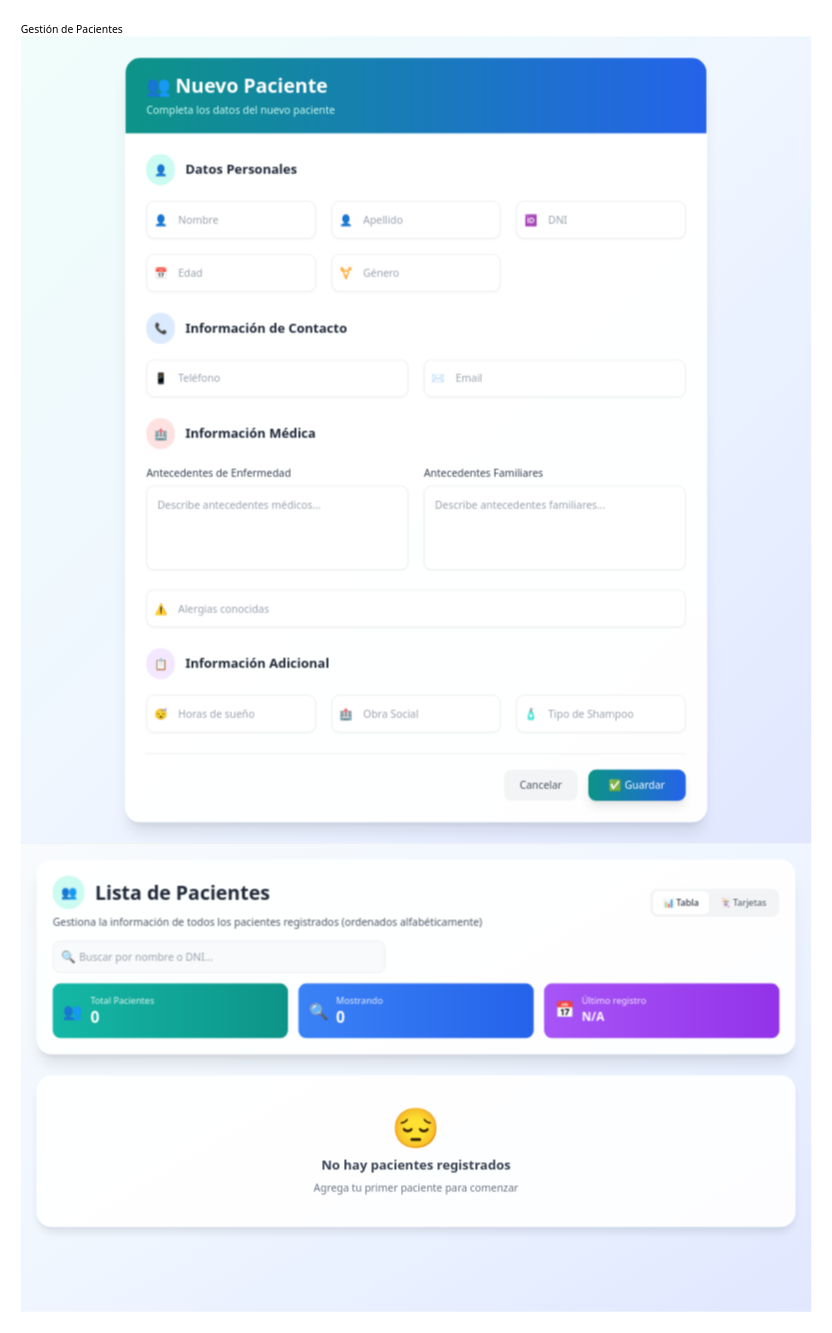
Repository: manucavallera/ConsultorioA
Page: /pacientes (app in frontend/)
The author's editor kept a copy of each file at every save. The page is drawn from the files as they stood at one save, then again after the next save.
The browser window is 1280 px wide. The pictures show the whole page, at 65% of full size.
The page's requests for data from a server got no answer. The project was rebuilt for these pictures with package versions that can differ from the ones it lists, and the page was loaded fresh each time. No one was signed in, and anything a server would have sent is missing. Also part of the build but not shown: frontend/vite.config.js, frontend/src/Home.jsx, frontend/src/components/PatientHistoryForm.jsx, frontend/src/components/RegistroTratamiento.jsx, frontend/src/components/Citas.jsx, frontend/src/components/SolicitudAnalisis.jsx, frontend/src/components/SubirEstudiosAnalisis.jsx, frontend/src/components/FotoAntesDespues.jsx.

Above is the page before, as saved 2025-08-07 09:22:52.

### frontend/src/components/PacientForm.jsx
import { useState, useEffect, useCallback } from "react"; // ← AGREGAR useCallback

import InputField from "./InputField";

export default function PacienteForm({ onPacienteSubmit, pacienteEditando }) {
  const [formData, setFormData] = useState({
    nombre: "",
    apellido: "",
    dni: "",
    telefono: "",
    email: "",
    genero: "",
    edad: "",
    antecedentesEnfermedad: "",
    antecedentesFamiliares: "",
    alergias: "",
    horasSueno: "",
    obraSocial: "",
    tipoShampoo: "",
  });

  const [isSubmitting, setIsSubmitting] = useState(false);
  const [currentStep, setCurrentStep] = useState(1);

  const API_URL = import.meta.env.VITE_API_URL || "http://localhost:5000";

  useEffect(() => {
    if (pacienteEditando) {
      setFormData({
        nombre: pacienteEditando.nombre || "",
        apellido: pacienteEditando.apellido || "",
        dni: pacienteEditando.dni || "",
        telefono: pacienteEditando.telefono || "",
        email: pacienteEditando.email || "",
        genero: pacienteEditando.genero || "",
        edad: pacienteEditando.edad || "",
        antecedentesEnfermedad: pacienteEditando.antecedentesEnfermedad || "",
        antecedentesFamiliares: pacienteEditando.antecedentesFamiliares || "",
        alergias: pacienteEditando.alergias || "",
        horasSueno: pacienteEditando.horasSueno || "",
        obraSocial: pacienteEditando.obraSocial || "",
        tipoShampoo: pacienteEditando.tipoShampoo || "",
      });
    }
  }, [pacienteEditando]);

  // ✅ FIX DEFINITIVO: Memoizar handleChange
  const handleChange = useCallback((e) => {
    const { name, value } = e.target;
    setFormData((prev) => ({ ...prev, [name]: value }));
  }, []); // ← Sin dependencias porque usa función updater

  const handleSubmit = async (e) => {
    e.preventDefault();
    setIsSubmitting(true);

    try {
      const url = pacienteEditando
        ? `${API_URL}/pacientes/${pacienteEditando._id}`
        : `${API_URL}/pacientes`;

      const method = pacienteEditando ? "PUT" : "POST";

      const res = await fetch(url, {
        method,
        headers: { "Content-Type": "application/json" },
        body: JSON.stringify(formData),
      });

      const data = await res.json();
      onPacienteSubmit(data, pacienteEditando ? "editado" : "creado");

      if (!pacienteEditando) {
        setFormData({
          nombre: "",
          apellido: "",
          dni: "",
          telefono: "",
          email: "",
          genero: "",
          edad: "",
          antecedentesEnfermedad: "",
          antecedentesFamiliares: "",
          alergias: "",
          horasSueno: "",
          obraSocial: "",
          tipoShampoo: "",
        });
      }
    } catch (err) {
      console.error("Error al guardar paciente:", err);
    } finally {
      setIsSubmitting(false);
    }
  };

  const TextAreaField = ({ name, placeholder, label, rows = 3 }) => (
    <div>
      <label className='block text-sm sm:text-base font-medium text-gray-700 mb-2'>
        {label}
      </label>
      <textarea
        name={name}
        placeholder={placeholder}
        value={formData[name] || ""}
        onChange={handleChange}
        rows={rows}
        className='w-full px-3 sm:px-4 py-3 sm:py-4 border border-gray-200 rounded-xl
          focus:ring-2 focus:ring-teal-500 focus:border-transparent transition-all duration-200
          bg-white hover:border-gray-300 placeholder-gray-400 text-gray-700
          shadow-sm hover:shadow-md resize-none text-sm sm:text-base'
      />
    </div>
  );

  const SectionHeader = ({ icon, title, bgColor, textColor }) => (
    <h3 className='text-lg sm:text-xl font-semibold text-gray-800 mb-4 sm:mb-6 flex items-center'>
      <span
        className={`${bgColor} ${textColor} rounded-full p-2 sm:p-3 mr-3 sm:mr-4 text-sm sm:text-base`}
      >
        {icon}
      </span>
      {title}
    </h3>
  );

  // Stepper para móvil
  const StepIndicator = () => (
    <div className='flex justify-center mb-6 sm:mb-8 md:hidden'>
      <div className='flex space-x-2'>
        {[1, 2, 3, 4].map((step) => (
          <div
            key={step}
            className={`w-8 h-8 rounded-full flex items-center justify-center text-xs font-bold transition-all ${
              step === currentStep
                ? "bg-teal-600 text-white"
                : step < currentStep
                ? "bg-green-500 text-white"
                : "bg-gray-200 text-gray-600"
            }`}
          >
            {step < currentStep ? "✓" : step}
          </div>
        ))}
      </div>
    </div>
  );

  // Navegación del stepper
  const StepNavigation = () => (
    <div className='flex justify-between mt-6 md:hidden'>
      <button
        type='button'
        onClick={() => setCurrentStep(Math.max(1, currentStep - 1))}
        disabled={currentStep === 1}
        className='px-4 py-2 text-gray-600 bg-gray-100 rounded-lg hover:bg-gray-200
          disabled:opacity-50 disabled:cursor-not-allowed transition-all text-sm'
      >
        ← Anterior
      </button>

      {currentStep < 4 ? (
        <button
          type='button'
          onClick={() => setCurrentStep(Math.min(4, currentStep + 1))}
          className='px-4 py-2 bg-teal-600 text-white rounded-lg hover:bg-teal-700 transition-all text-sm'
        >
          Siguiente →
        </button>
      ) : (
        <button
          type='submit'
          disabled={isSubmitting}
          className='px-6 py-2 bg-gradient-to-r from-teal-600 to-blue-600 text-white
            rounded-lg hover:from-teal-700 hover:to-blue-700 transition-all
            disabled:opacity-50 disabled:cursor-not-allowed text-sm font-medium'
        >
          {isSubmitting
            ? "⏳ Guardando..."
            : pacienteEditando
            ? "💾 Actualizar"
            : "✅ Guardar"}
        </button>
      )}
    </div>
  );

  return (
    <div className='min-h-screen bg-gradient-to-br from-teal-50 via-blue-50 to-indigo-100 py-4 sm:py-8 px-4'>
      <div className='max-w-4xl mx-auto'>
        <div className='bg-white/95 backdrop-blur-sm rounded-2xl sm:rounded-3xl shadow-xl overflow-hidden border border-white/20'>
          {/* Header */}
          <div className='bg-gradient-to-r from-teal-600 to-blue-600 px-4 sm:px-8 py-4 sm:py-6'>
            <h2 className='text-2xl sm:text-3xl font-bold text-white'>
              {pacienteEditando ? "✏️ Editar Paciente" : "👥 Nuevo Paciente"}
            </h2>
            <p className='text-teal-100 mt-1 sm:mt-2 text-sm sm:text-base'>
              {pacienteEditando
                ? "Actualiza la información del paciente"
                : "Completa los datos del nuevo paciente"}
            </p>
          </div>

          {/* Progress indicator */}
          <StepIndicator />

          {/* Form */}
          <form onSubmit={handleSubmit} className='p-4 sm:p-8'>
            {/* Step 1: Datos Personales - Siempre visible en desktop, condicional en móvil */}
            <div
              className={`${currentStep !== 1 ? "hidden md:block" : ""} mb-8`}
            >
              <SectionHeader
                icon='👤'
                title='Datos Personales'
                bgColor='bg-teal-100'
                textColor='text-teal-600'
              />

              <div className='grid grid-cols-1 sm:grid-cols-2 lg:grid-cols-3 gap-4 sm:gap-6'>
                <InputField
                  name='nombre'
                  placeholder='Nombre'
                  required
                  icon='👤'
                  className='sm:col-span-1'
                  value={formData.nombre}
                  onChange={handleChange}
                />
                <InputField
                  name='apellido'
                  placeholder='Apellido'
                  required
                  icon='👤'
                  className='sm:col-span-1'
                  value={formData.apellido}
                  onChange={handleChange}
                />
                <InputField
                  name='dni'
                  placeholder='DNI'
                  required
                  icon='🆔'
                  className='sm:col-span-1 lg:col-span-1'
                  value={formData.dni}
                  onChange={handleChange}
                />
                <InputField
                  name='edad'
                  placeholder='Edad'
                  type='number'
                  min='0'
                  icon='📅'
                  className='sm:col-span-1'
                  value={formData.edad}
                  onChange={handleChange}
                />
                <InputField
                  name='genero'
                  placeholder='Género'
                  icon='⚧'
                  className='sm:col-span-1'
                  value={formData.genero}
                  onChange={handleChange}
                />
              </div>
            </div>

            {/* Step 2: Contacto */}
            <div
              className={`${currentStep !== 2 ? "hidden md:block" : ""} mb-8`}
            >
              <SectionHeader
                icon='📞'
                title='Información de Contacto'
                bgColor='bg-blue-100'
                textColor='text-blue-600'
              />

              <div className='grid grid-cols-1 sm:grid-cols-2 gap-4 sm:gap-6'>
                <InputField name='telefono' placeholder='Teléfono' icon='📱' />
                <InputField
                  name='email'
                  placeholder='Email'
                  type='email'
                  icon='✉️'
                />
              </div>
            </div>

            {/* Step 3: Información Médica */}
            <div
              className={`${currentStep !== 3 ? "hidden md:block" : ""} mb-8`}
            >
              <SectionHeader
                icon='🏥'
                title='Información Médica'
                bgColor='bg-red-100'
                textColor='text-red-600'
              />

              <div className='space-y-4 sm:space-y-6'>
                <div className='grid grid-cols-1 lg:grid-cols-2 gap-4 sm:gap-6'>
                  <TextAreaField
                    name='antecedentesEnfermedad'
                    placeholder='Describe antecedentes médicos...'
                    label='Antecedentes de Enfermedad'
                    rows={4}
                  />
                  <TextAreaField
                    name='antecedentesFamiliares'
                    placeholder='Describe antecedentes familiares...'
                    label='Antecedentes Familiares'
                    rows={4}
                  />
                </div>
                <InputField
                  name='alergias'
                  placeholder='Alergias conocidas'
                  icon='⚠️'
                />
              </div>
            </div>

            {/* Step 4: Información Adicional */}
            <div
              className={`${currentStep !== 4 ? "hidden md:block" : ""} mb-8`}
            >
              <SectionHeader
                icon='📋'
                title='Información Adicional'
                bgColor='bg-purple-100'
                textColor='text-purple-600'
              />

              <div className='grid grid-cols-1 sm:grid-cols-2 lg:grid-cols-3 gap-4 sm:gap-6'>
                <InputField
                  name='horasSueno'
                  placeholder='Horas de sueño'
                  type='number'
                  min='0'
                  max='24'
                  icon='😴'
                />
                <InputField
                  name='obraSocial'
                  placeholder='Obra Social'
                  icon='🏥'
                />
                <InputField
                  name='tipoShampoo'
                  placeholder='Tipo de Shampoo'
                  icon='🧴'
                />
              </div>
            </div>

            {/* Mobile Step Navigation */}
            <StepNavigation />

            {/* Desktop Submit Buttons */}
            <div className='hidden md:flex justify-end space-x-4 mt-8 pt-6 border-t border-gray-200'>
              <button
                type='button'
                className='px-6 py-3 text-gray-600 bg-gray-100 rounded-xl hover:bg-gray-200
                  transition-all duration-200 font-medium'
                onClick={() => window.history.back()}
              >
                Cancelar
              </button>
              <button
                type='submit'
                disabled={isSubmitting}
                className='px-8 py-3 bg-gradient-to-r from-teal-600 to-blue-600 text-white
                  rounded-xl hover:from-teal-700 hover:to-blue-700 transition-all duration-200
                  font-medium shadow-lg hover:shadow-xl transform hover:-translate-y-0.5
                  flex items-center space-x-2 disabled:opacity-50 disabled:cursor-not-allowed
                  disabled:transform-none'
              >
                <span>
                  {isSubmitting
                    ? "⏳ Guardando..."
                    : pacienteEditando
                    ? "💾 Actualizar"
                    : "✅ Guardar"}
                </span>
              </button>
            </div>
          </form>
        </div>

        {/* Form Progress Summary - Solo móvil */}
        <div className='md:hidden mt-4 bg-white/80 backdrop-blur-sm rounded-xl p-4 border border-white/20'>
          <div className='text-center text-sm text-gray-600'>
            <p>Paso {currentStep} de 4</p>
            <div className='w-full bg-gray-200 rounded-full h-2 mt-2'>
              <div
                className='bg-teal-600 h-2 rounded-full transition-all duration-300'
                style={{ width: `${(currentStep / 4) * 100}%` }}
              ></div>
            </div>
          </div>
        </div>
      </div>
    </div>
  );
}

### frontend/src/components/InputField.jsx
import { memo } from "react";

// 🎯 COMPONENTE INPUT COMPLETAMENTE AISLADO
const InputField = memo(function InputField({
  name,
  placeholder,
  type = "text",
  required = false,
  icon,
  min,
  className = "",
  value,
  onChange,
}) {
  console.log(`🔄 InputField ${name} renderizado - valor:`, value);

  const handleChange = (e) => {
    console.log(`✏️ ${name} cambió:`, e.target.value);
    onChange(e);
  };

  return (
    <div className={`relative ${className}`}>
      {icon && (
        <div className='absolute inset-y-0 left-0 pl-3 flex items-center pointer-events-none z-10'>
          <span className='text-gray-400 text-sm sm:text-base'>{icon}</span>
        </div>
      )}
      <input
        type={type}
        name={name}
        placeholder={placeholder}
        value={value || ""}
        onChange={handleChange}
        required={required}
        min={min}
        className={`w-full ${
          icon ? "pl-10 sm:pl-12" : "pl-3 sm:pl-4"
        } pr-3 sm:pr-4 py-3 sm:py-4 border border-gray-200 rounded-xl
          focus:ring-2 focus:ring-teal-500 focus:border-transparent transition-all duration-200
          bg-white hover:border-gray-300 placeholder-gray-400 text-gray-700
          shadow-sm hover:shadow-md text-sm sm:text-base`}
      />
    </div>
  );
});

export default InputField;

Loaded but not shown: frontend/index.html (common file); frontend/src/main.jsx (common file); frontend/src/index.css (common file); frontend/tailwind.config.js (common file); frontend/src/components/PacientList.jsx (691 lines, source omitted); frontend/src/App.jsx (92 lines, source omitted)

After the next save:
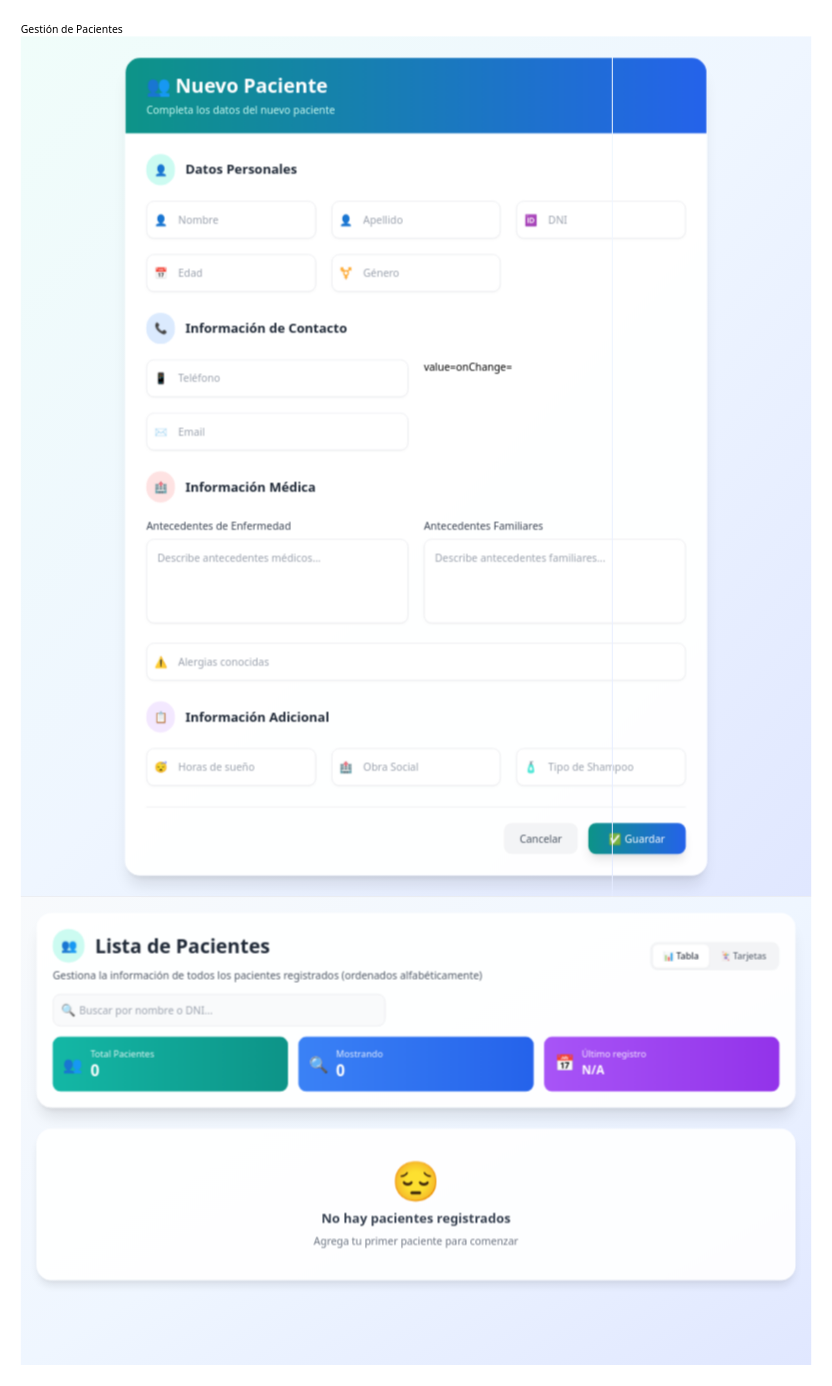
Saved 6 s later.
--- a/frontend/src/components/PacientForm.jsx
+++ b/frontend/src/components/PacientForm.jsx
@@ -279,6 +279,8 @@
 
               <div className='grid grid-cols-1 sm:grid-cols-2 gap-4 sm:gap-6'>
                 <InputField name='telefono' placeholder='Teléfono' icon='📱' />
+                value={formData.telefono}
+                onChange={handleChange}
                 <InputField
                   name='email'
                   placeholder='Email'

After the 2 saves that followed:
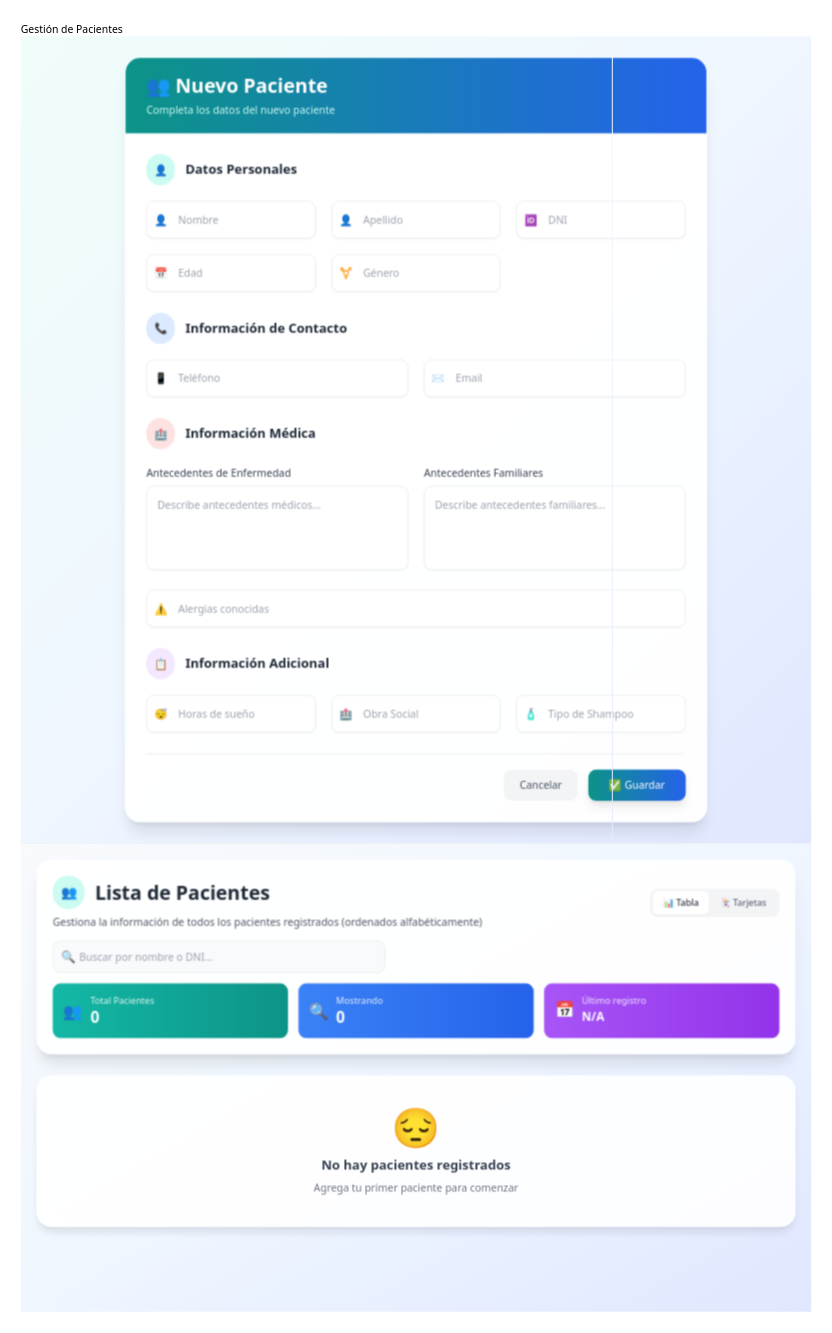
The 2 saves are shown as one change because 1 left the picture as it was.
The last was saved 71 s later.
--- a/frontend/src/components/PacientForm.jsx
+++ b/frontend/src/components/PacientForm.jsx
@@ -278,14 +278,21 @@
               />
 
               <div className='grid grid-cols-1 sm:grid-cols-2 gap-4 sm:gap-6'>
-                <InputField name='telefono' placeholder='Teléfono' icon='📱' />
-                value={formData.telefono}
-                onChange={handleChange}
+                <InputField
+                  name='telefono'
+                  placeholder='Teléfono'
+                  icon='📱'
+                  value={formData.telefono}
+                  onChange={handleChange}
+                />
+
                 <InputField
                   name='email'
                   placeholder='Email'
                   type='email'
                   icon='✉️'
+                  value={formData.email}
+                  onChange={handleChange}
                 />
               </div>
             </div>
